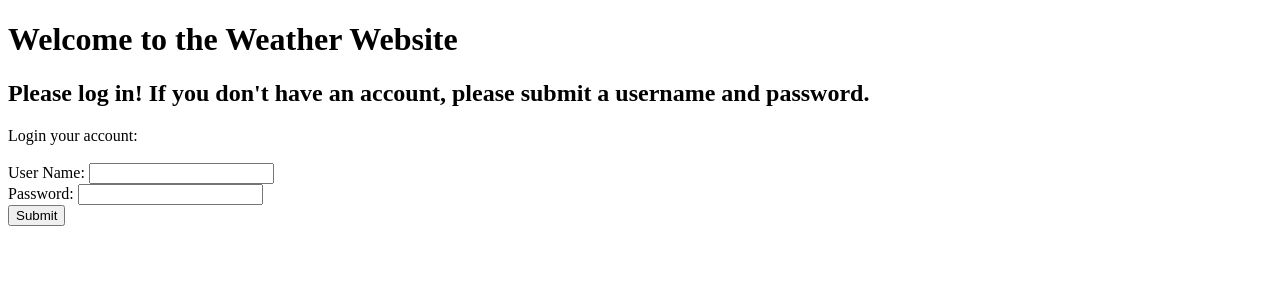
Repository: abuchanan11/CS485
Page: http://localhost/WeatherSite/
An editor plug-in stored every save of this project. The page is shown before and after the next save, followed by the edit.
The browser window is 1280 px wide. The pictures show the whole page.
The page is served by Tomcat 9. Other server files are loaded and not shown.

Above is the page before, as saved 2015-12-01 21:07:37.

### WeatherSite/WebContent/index.jsp
<%@ page language="java" contentType="text/html; charset=ISO-8859-1"
    pageEncoding="ISO-8859-1"%>
<!DOCTYPE html PUBLIC "-//W3C//DTD HTML 4.01 Transitional//EN" "http://www.w3.org/TR/html4/loose.dtd">
<html>
<head>
<meta http-equiv="Content-Type" content="text/html; charset=ISO-8859-1">
<title>Welcome to CS 485</title>
</head>
<body>
<%@ page import="java.io.*" %>
<%@ page import="db.*" %>

<h1>Welcome to the Weather Website</h1>
<h2>Please log in! If you don't have an account, please submit a username and password.</h2>
<form  action="index.jsp" method="get">
Login your account:<br/><br/>

User Name: <input id="user" name="user" type="text"/><br/>
Password:  <input id="password" name="password" type="text"/><br/>
<input type="submit" Value="Submit" ></input>
</form>
<%
String user=request.getParameter("user");
String pass=request.getParameter("password");

if (user!= null&&!user.trim().equals("")){
	DBentry DBentry=new DBentry();
	boolean flag=DBentry.userlookup(user, pass);
	if(flag) {
		%><script type="text/javascript">window.location.replace("welcome.jsp");</script>
		<form action="welcome.jsp" method="get">
			<input type="hidden" name="user" value="${user}"/>
		</form><%
	}
	else {
		%><script type="text/javascript">window.location.replace("registration.jsp");</script><%

	}
}

%>

</body>
</html>

After the next save:
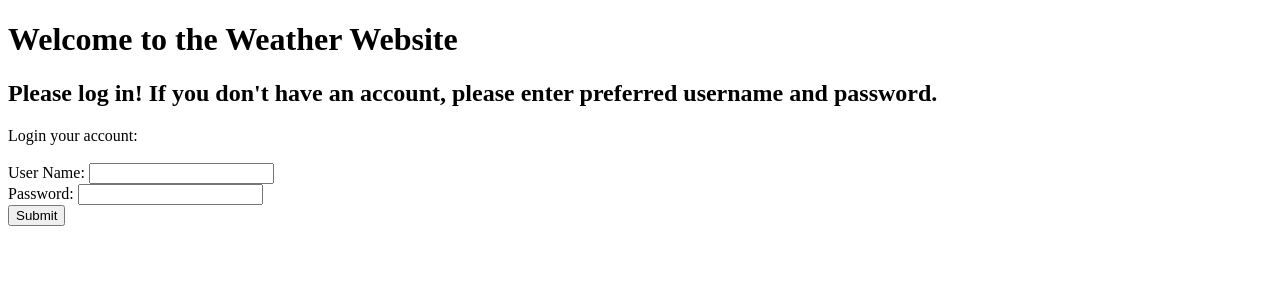
Saved 65 s later.
--- a/WeatherSite/WebContent/index.jsp
+++ b/WeatherSite/WebContent/index.jsp
@@ -11,7 +11,7 @@
 <%@ page import="db.*" %>
 
 <h1>Welcome to the Weather Website</h1>
-<h2>Please log in! If you don't have an account, please submit a username and password.</h2>
+<h2>Please log in! If you don't have an account, please enter preferred username and password.</h2>
 <form  action="index.jsp" method="get">
 Login your account:<br/><br/>
 
